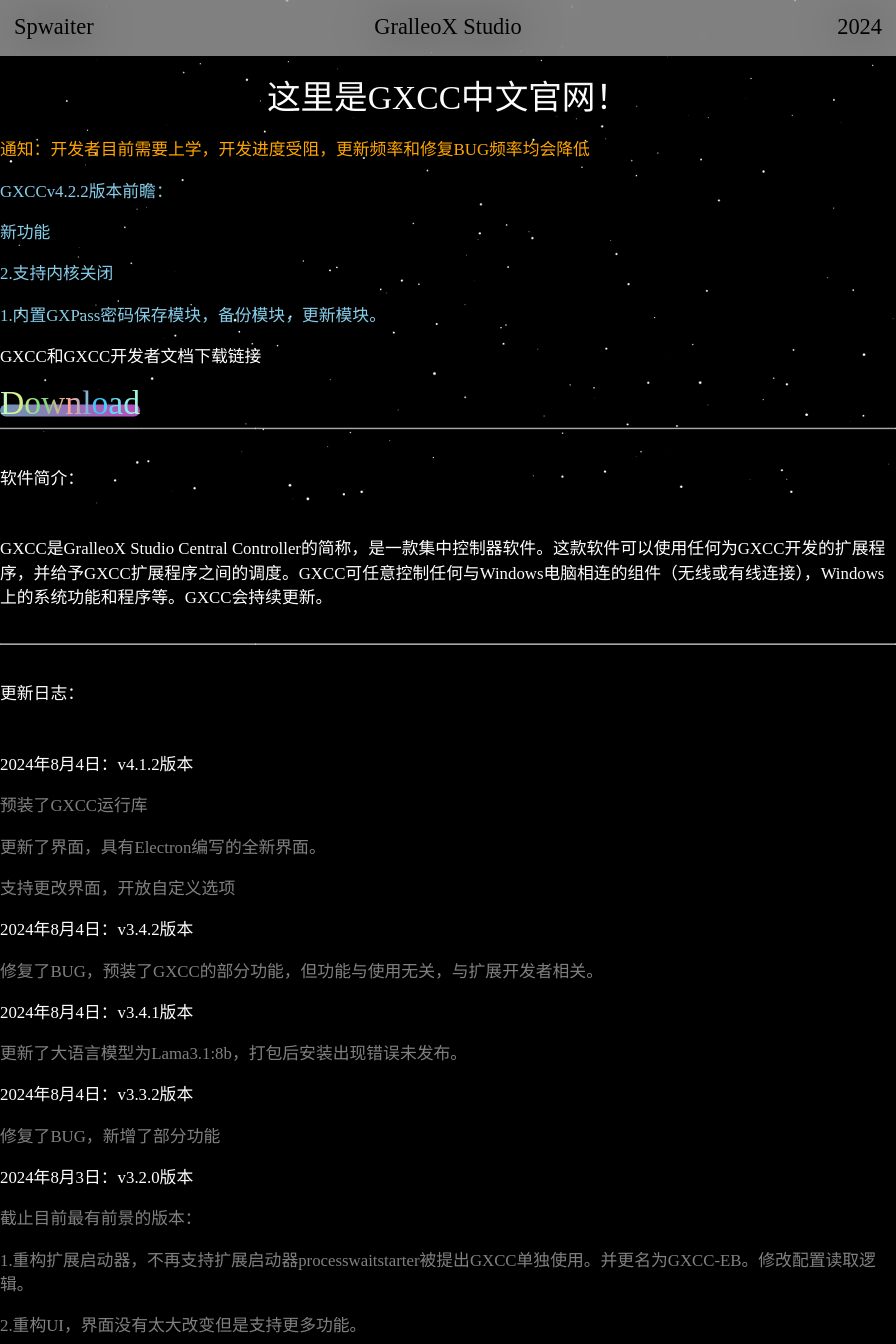
Repository: Lisu-Liso/GXCC
Page: index.html
The author's editor kept a copy of each file at every save. The page is drawn from the files as they stood at one save, then again after a run of saves.
The browser window is 1280 px wide. The pictures show the part of the page from y = 0 to 1920 px (the page is 4184 px tall), at 70% of full size.

Above is the page before, as saved 2024-10-05 21:17:42.

After the next 2 saves:
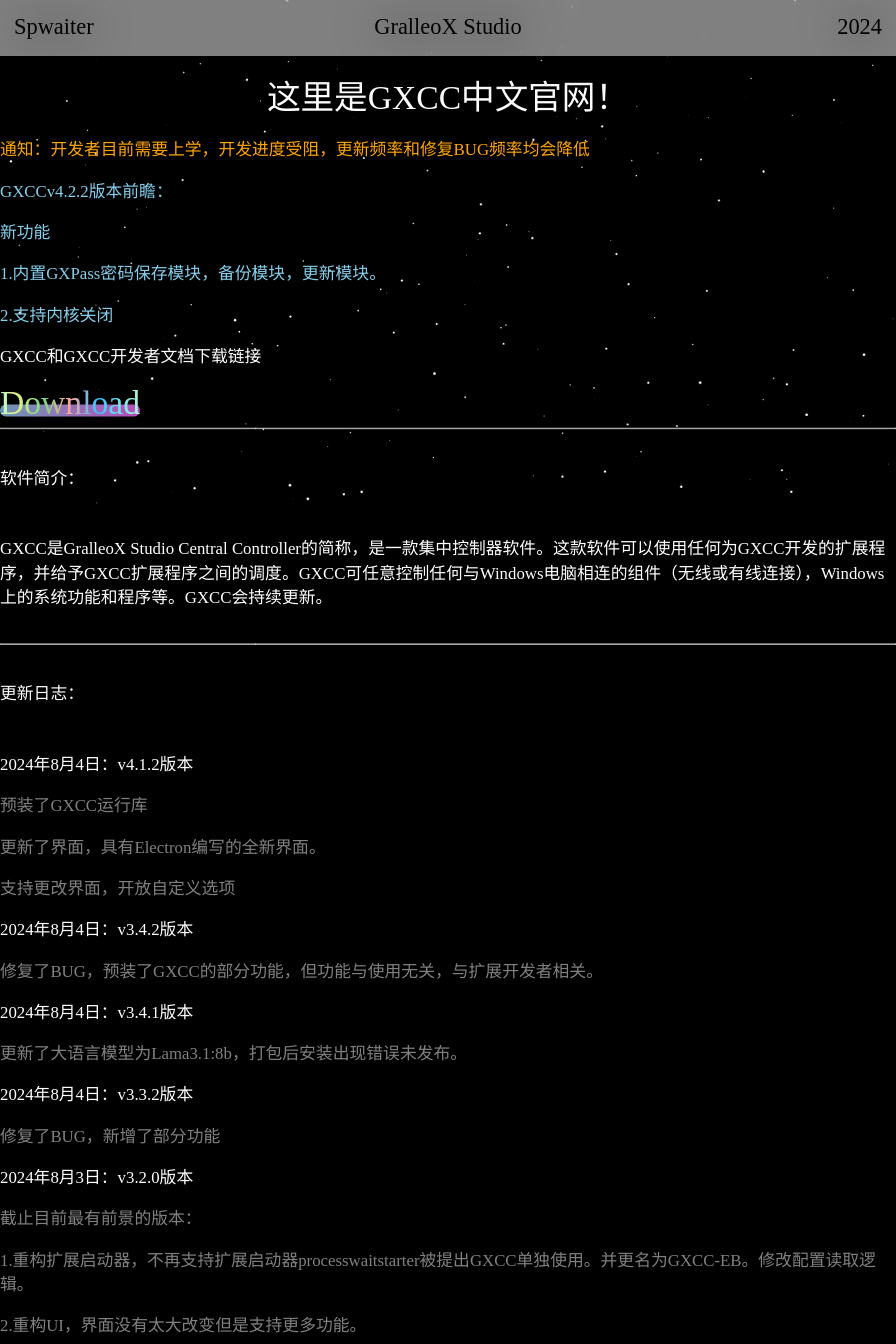
The 2 saves are shown as one change because they came seconds apart.
The last was saved 7 s later.
--- a/index.html
+++ b/index.html
@@ -277,8 +277,8 @@
         <p class="normaltext" style="color: orange;">通知：开发者目前需要上学，开发进度受阻，更新频率和修复BUG频率均会降低</p>
         <p class="normaltext" style="color: skyblue;">GXCCv4.2.2版本前瞻：</p>
         <p class="normaltext" style="color: skyblue;">新功能</p>
+        <p class="normaltext" style="color: skyblue;">1.内置GXPass密码保存模块，备份模块，更新模块。</p>
         <p class="normaltext" style="color: skyblue;">2.支持内核关闭</p>
-        <p class="normaltext" style="color: skyblue;">1.内置GXPass密码保存模块，备份模块，更新模块。</p>
         <p class="normaltext">GXCC和GXCC开发者文档下载链接</p>
         <a class="newbutton" onclick="join_us()"><font class="article-header--title" size="7">Download</font></a>
         <div class="black_board" id="bb"></div>
